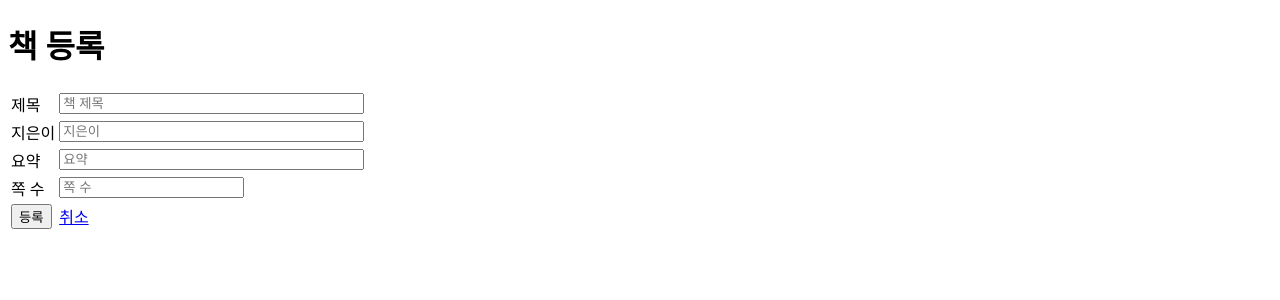
Repository: newzinee/SKDidimdolSpring
Page: http://localhost/AZBookPrj/insertBook.jsp
An editor plug-in stored every save of this project. The page is shown before and after the next save, followed by the edit.
The browser window is 1280 px wide. The pictures show the whole page.
The page is served by Tomcat 9. Nobody is signed in. The application's start-up code is not run.

Above is the page before, as saved 2017-02-12 13:52:01.

After the next save:
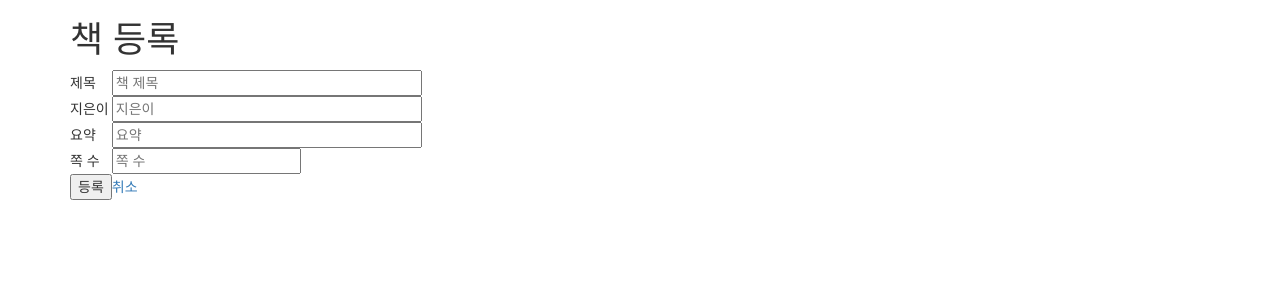
Console error (its wording comes from the project's code and is left out).
Saved 2 min 52 s later.
--- a/AZBookPrj/WebContent/insertBook.jsp
+++ b/AZBookPrj/WebContent/insertBook.jsp
@@ -6,12 +6,20 @@
 <head>
 <meta http-equiv="Content-Type" content="text/html; charset=UTF-8">
 <title>책등록</title>
+<!-- 합쳐지고 최소화된 최신 CSS -->
+<link rel="stylesheet" href="https://maxcdn.bootstrapcdn.com/bootstrap/3.3.2/css/bootstrap.min.css">
+
+<!-- 부가적인 테마 -->
+<link rel="stylesheet" href="https://maxcdn.bootstrapcdn.com/bootstrap/3.3.2/css/bootstrap-theme.min.css">
+
+<!-- 합쳐지고 최소화된 최신 자바스크립트 -->
+<script src="https://maxcdn.bootstrapcdn.com/bootstrap/3.3.2/js/bootstrap.min.js"></script>
 </head>
 <body>
-	<div>
+	<div class="container">
 		<h1>책 등록</h1>
 	</div>
-	<div>
+	<div class="container">
 		<form method="POST" action="insertBook.do">
 			<table>
 				<tr>
